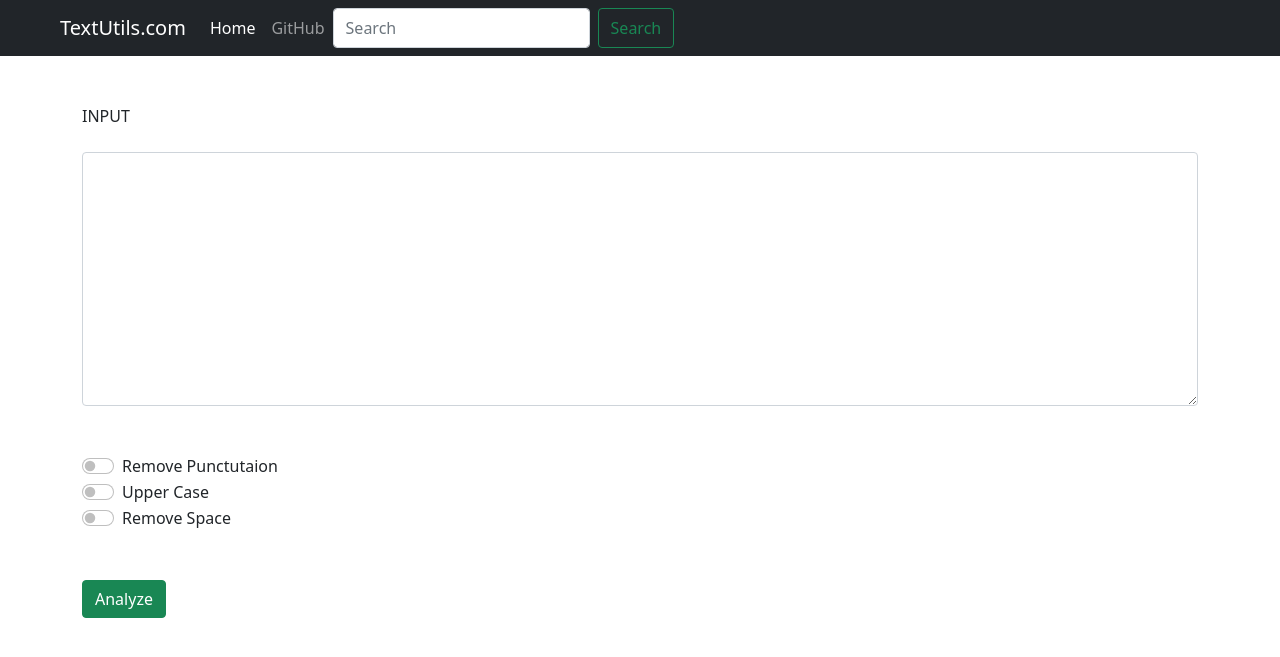
Repository: thenameisshreyank/Textutility
Page: http://localhost/
The author's editor kept a copy of each file at every save. The page is drawn from the files as they stood at one save, then again after the next save.
The browser window is 1280 px wide. The pictures show the whole page.
The page is served by the project's application, run on Django 4.2 (manage.py).

Above is the page before, as saved 2022-04-15 10:56:18.

After the next save:
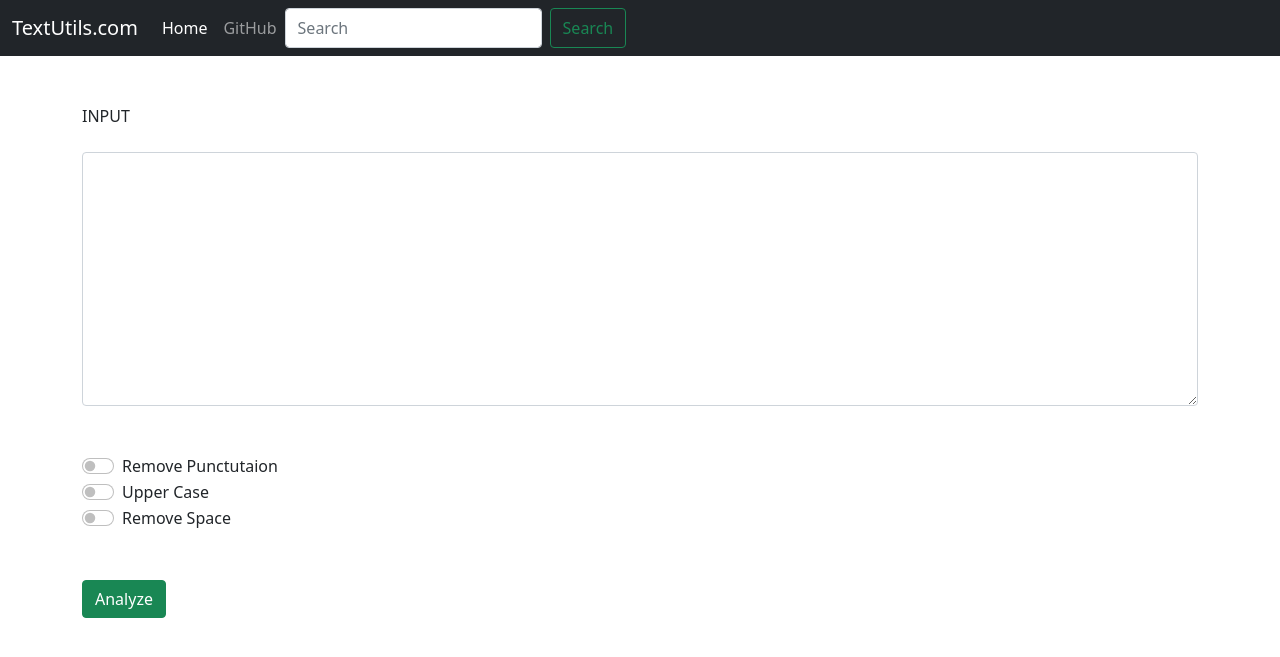
Saved 6 s later.
--- a/templates/index.html
+++ b/templates/index.html
@@ -14,7 +14,7 @@
 <body>
     <nav class="navbar navbar-expand-lg navbar-dark bg-dark">
         <div class="container-fluid">
-          <a class="navbar-brand ms-5" href="https://getbootstrap.com/">TextUtils.com</a>
+          <a class="navbar-brand ms-8" href="https://getbootstrap.com/">TextUtils.com</a>
           <button class="navbar-toggler" type="button" data-bs-toggle="collapse" data-bs-target="#navbarSupportedContent" aria-controls="navbarSupportedContent" aria-expanded="false" aria-label="Toggle navigation">
             <span class="navbar-toggler-icon"></span>
           </button>

After the 3 saves that followed:
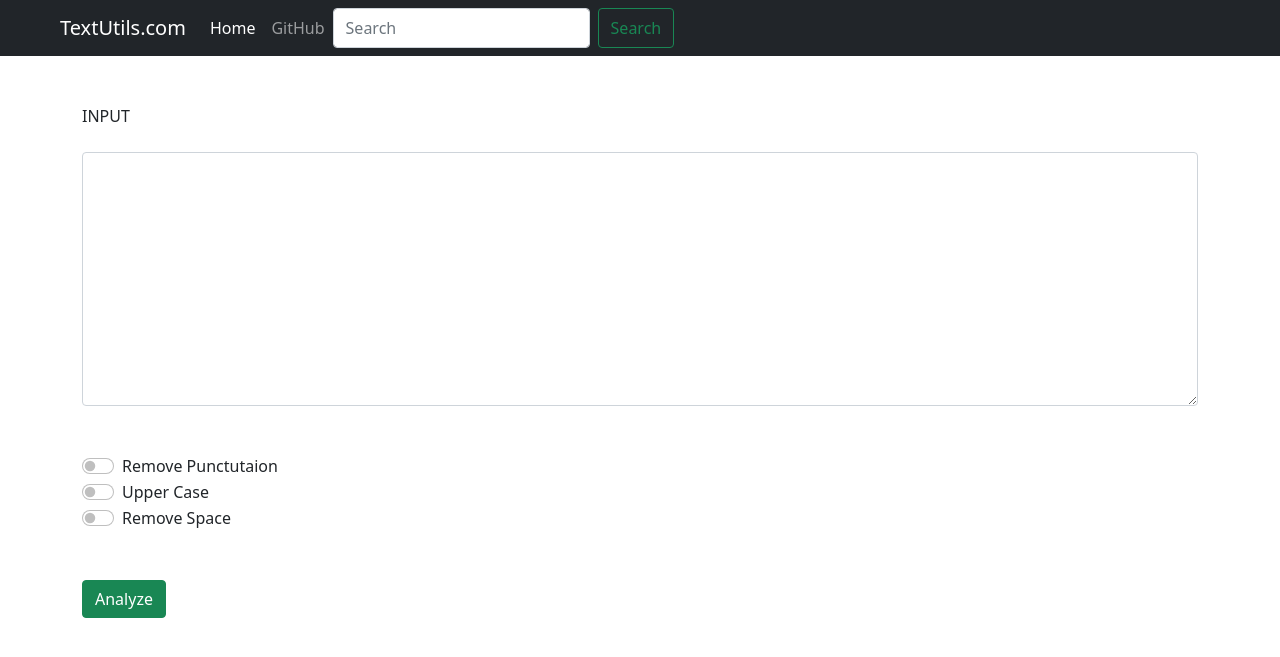
The 3 saves are shown as one change because 2 left the picture as it was.
The last was saved 29 s later.
--- a/templates/index.html
+++ b/templates/index.html
@@ -14,7 +14,7 @@
 <body>
     <nav class="navbar navbar-expand-lg navbar-dark bg-dark">
         <div class="container-fluid">
-          <a class="navbar-brand ms-8" href="https://getbootstrap.com/">TextUtils.com</a>
+          <a class="navbar-brand ms-5" href="https://getbootstrap.com/">TextUtils.com</a>
           <button class="navbar-toggler" type="button" data-bs-toggle="collapse" data-bs-target="#navbarSupportedContent" aria-controls="navbarSupportedContent" aria-expanded="false" aria-label="Toggle navigation">
             <span class="navbar-toggler-icon"></span>
           </button>
